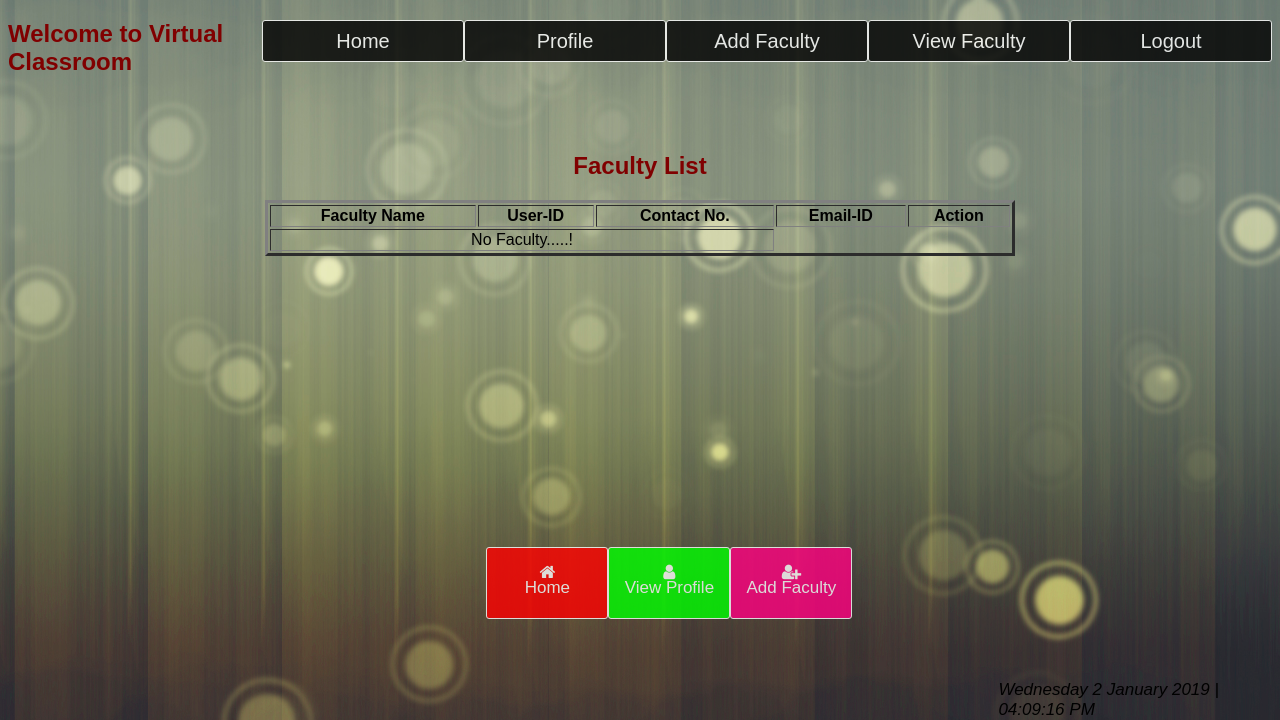
Repository: Rajendra1998/Virtual_classroom_mvc_project
Page: http://localhost/Virtual_classroom/display_faculty.jsp
An editor plug-in stored every save of this project. The page is shown before and after the next save, followed by the edit.
The browser window is 1280 px wide. The pictures show the whole page.
The page is served by Tomcat 9. The template is opened directly, without the code that normally fills it, so the values that code supplies are empty.

Above is the page before, as saved 2019-01-09 20:12:02.

After the next save:
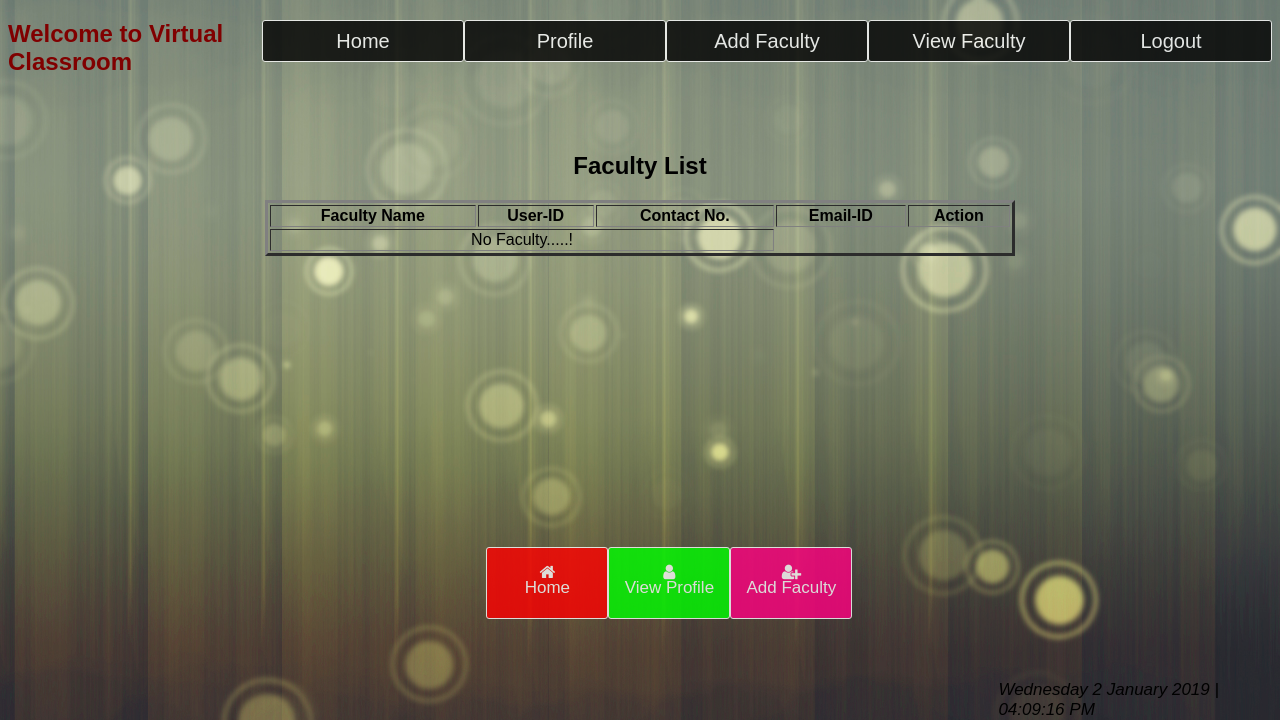
Saved 69 s later.
--- a/Virtual_classroom/WebContent/display_faculty.jsp
+++ b/Virtual_classroom/WebContent/display_faculty.jsp
@@ -26,6 +26,9 @@
 	h2{
 		color:#800000;
 	}
+	.panel h2{
+		color:black;
+		}
 	.menu nav{
 		position:relative;
 		float:right;
